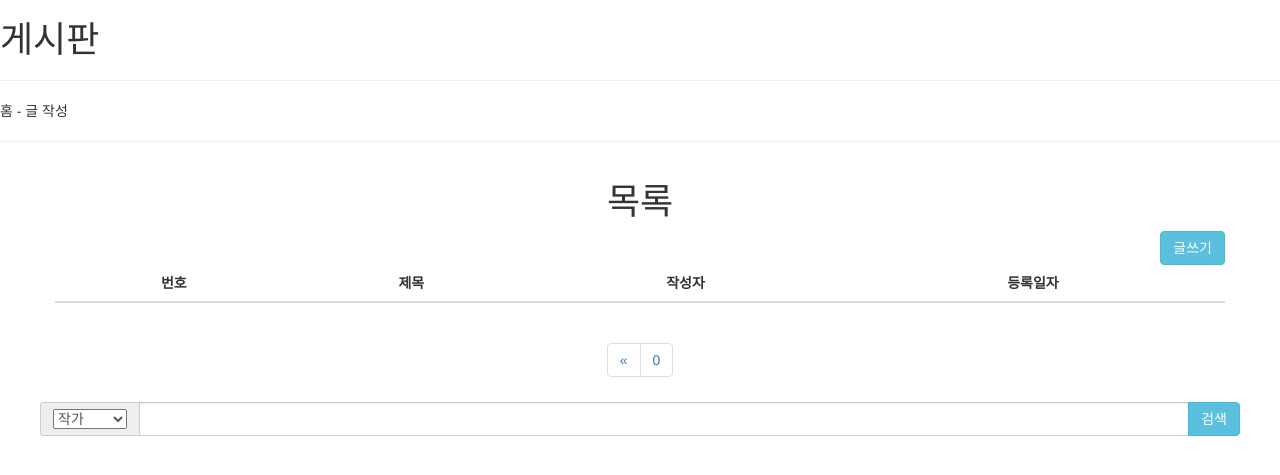
Repository: assa1092/MoonTest
Page: http://localhost/testBoard/WEB-INF/views/board/list.jsp
These files come from the project's save history. The page is drawn as it stood at one moment and after the next save; the edit follows.
The browser window is 1280 px wide. The pictures show the whole page.
The page is served by Tomcat 9. Nobody is signed in. Other server files are loaded and not shown. The template is opened directly, without the code that normally fills it, so the values that code supplies are empty.

Above is the page before, as saved 2020-12-18 05:20:21.

### testBoard/src/main/webapp/WEB-INF/views/board/list.jsp
<%@ page language="java" contentType="text/html; charset=UTF-8"
	pageEncoding="UTF-8"%>
<%@ taglib uri="http://java.sun.com/jsp/jstl/core" prefix="c"%>
<%@ taglib uri="http://java.sun.com/jsp/jstl/functions" prefix="fn"%>
<%@ taglib uri="http://java.sun.com/jsp/jstl/fmt" prefix="fmt"%>
<!DOCTYPE html>
<html>
<head>
<meta charset="utf-8">
<meta name="viewport" content="width=device-width, initial-scale=1">
<link rel="stylesheet"
	href="https://maxcdn.bootstrapcdn.com/bootstrap/3.4.1/css/bootstrap.min.css">
<script
	src="https://ajax.googleapis.com/ajax/libs/jquery/3.5.1/jquery.min.js"></script>
<script
	src="https://maxcdn.bootstrapcdn.com/bootstrap/3.4.1/js/bootstrap.min.js"></script>

<title>게시판</title>

<style>
.th-center {
	text-align: center;
}

</style>

</head>
<body>
	<div id="root">
		<header>
			<h1>게시판</h1>
		</header>
		<hr />
		<nav>홈 - 글 작성</nav>
		<hr />


		<section id="container" class="container">

			<div class="row text-center">
				<h1>목록</h1>
			</div>
			<div class="row text-right">
				<button onclick="location.href='/board/writeView'" id="writeBtn"
					class="btn btn-info">글쓰기</button>
				<!-- <a href="/board/writeView">글쓰기</a> -->
			</div>
			<!-- <form action="/board/list" method="post" role="form"> -->
			<div class="row">
				<table class="table table-hober">
					<thead>
						<tr>
							<th class="th-center">번호</th>
							<th class="th-center">제목</th>
							<th class="th-center">작성자</th>
							<th class="th-center">등록일자</th>
						</tr>
					</thead>
					<tbody>
						<c:forEach items="${list }" var="list">
							<tr>
								<td class="th-center">
									<c:out value="${list.bno}"></c:out>
								</td>
								<td class="th-center">
									<a href="/board/readView/${list.bno }">
										<c:out value="${list.title}"></c:out>
									</a>
								</td>
								<td class="th-center">
									<c:out value="${list.writer}"></c:out>
								</td>
								<td class="th-center">
									<fmt:formatDate	value="${list.regdate}" pattern="yyyy-MM-dd" />
								</td>
							</tr>
						</c:forEach>
					</tbody>
				</table>



				<!-- 페이징 처리 -->
				<div align="center">
				<ul class="pagination justify-content-center" >
					<c:if test="${to.curPage != 1 }">
						<li class="page-item">
							<a class="page-link" href="/board/list?curPage=${(to.curPage-1) >0 ? (to.curPage-1) : 1} ">&laquo;</a>
						</li>
					</c:if>

					<c:forEach begin="${to.beginPageNum}" end="${to.stopPageNum}" var="idx">

						<c:if test="${to.curPage == idx }">
							<li class="page-item active">
								<a class="page-link" href="/board/list?curPage=${idx}">${idx}</a>
							</li>
						</c:if>

						<c:if test="${to.curPage != idx }">
							<li class="page-item">
								<a class="page-link" href="/board/list?curPage=${idx}">${idx}</a>
							</li>
						</c:if>

					</c:forEach>
					<c:if test="${to.curPage != to.totalPage}">
						<li class="page-item">
							<a class="page-link" href="/board/list?curPage=${(to.curPage+1) < to.totalPage? (to.curPage+1) : to.totalPage }">&raquo;</a>
						</li>
					</c:if>
				</ul>
				</div><!-- /페이징처리 -->

				<div class="row">
			<!-- target="_blank" 새로운 탭에서 창 열림....  -->
			<form target="_blank" action="/board/searchlist" method="get">
				<div class="input-group">
					<span class="input-group-addon">
						<select	name="searchType">
							<option disabled>검색기준</option>
							<option value="writer">작가</option>
							<option value="title">제목</option>
							<option value="content">내용</option>
						</select>
					</span>

					<input class="form-control" name="keyword">
					<span class="input-group-btn">
						<button class="btn btn-info">검색</button>
					</span>
				</div>
			</form>

		</div>

			<!-- </form> -->
			</div>
		</section>
	</div>


</body>
</html>

After the next save:
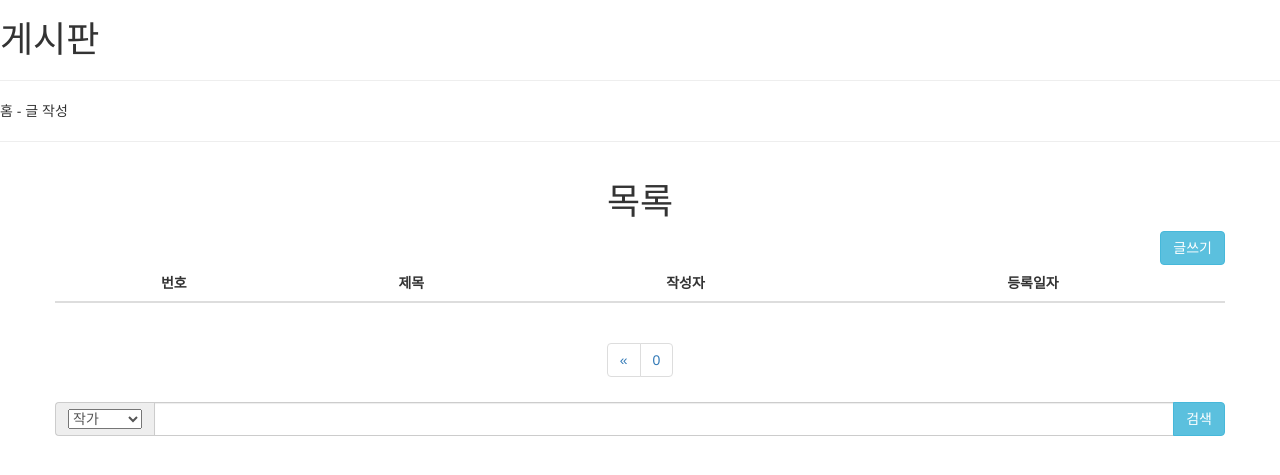
Saved 81 s later.
--- a/testBoard/src/main/webapp/WEB-INF/views/board/list.jsp
+++ b/testBoard/src/main/webapp/WEB-INF/views/board/list.jsp
@@ -112,7 +112,7 @@
 				</ul>
 				</div><!-- /페이징처리 -->
 
-				<div class="row">
+
 			<!-- target="_blank" 새로운 탭에서 창 열림....  -->
 			<form target="_blank" action="/board/searchlist" method="get">
 				<div class="input-group">
@@ -132,7 +132,7 @@
 				</div>
 			</form>
 
-		</div>
+
 
 			<!-- </form> -->
 			</div>
